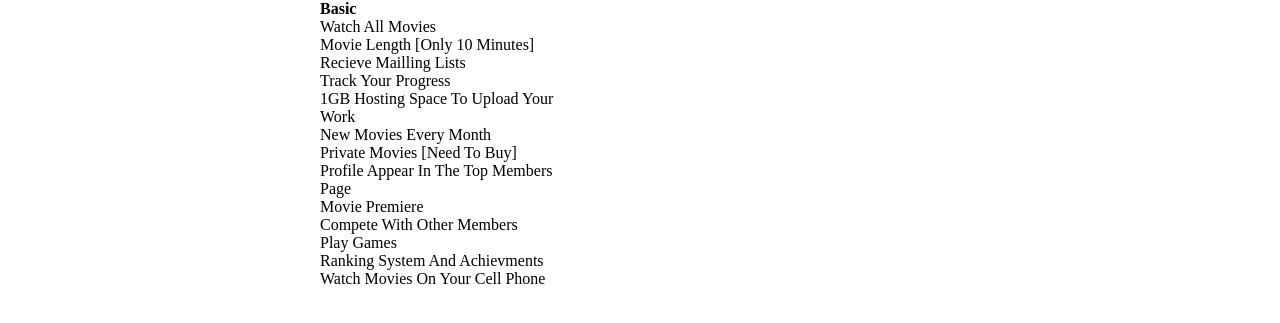
Repository: Z-ayat/Challenges
Page: Challenge 6/index.html
An editor plug-in stored every save of this project. The page is shown before and after the next save, followed by the edit.
The browser window is 1280 px wide. The pictures show the whole page.

Above is the page before, as saved 2021-09-07 18:04:43.

After the next save:
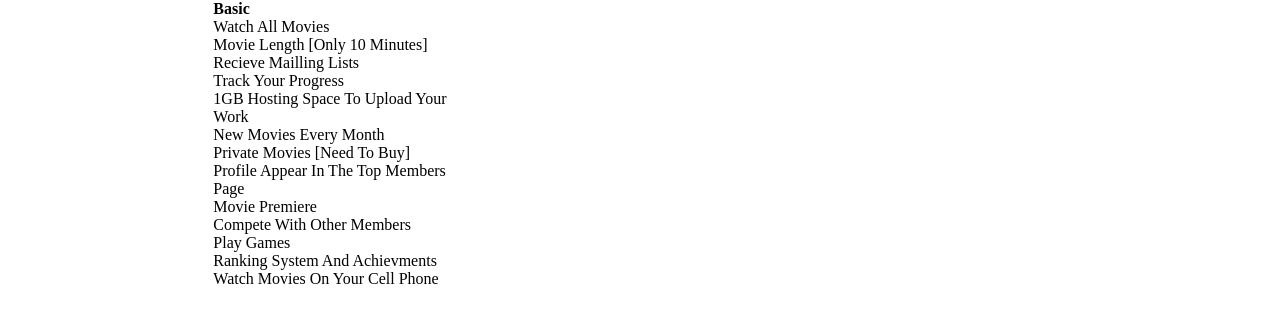
Saved 12 s later.
--- a/Challenge 6/styling/css/master.css
+++ b/Challenge 6/styling/css/master.css
@@ -15,7 +15,7 @@
 
 .layout {
     display: grid;
-    grid-template-columns: 1fr 1fr 1fr 1fr;
+    grid-template-columns: 1fr 2fr 2fr 1fr;
 }
 
 .basic {
